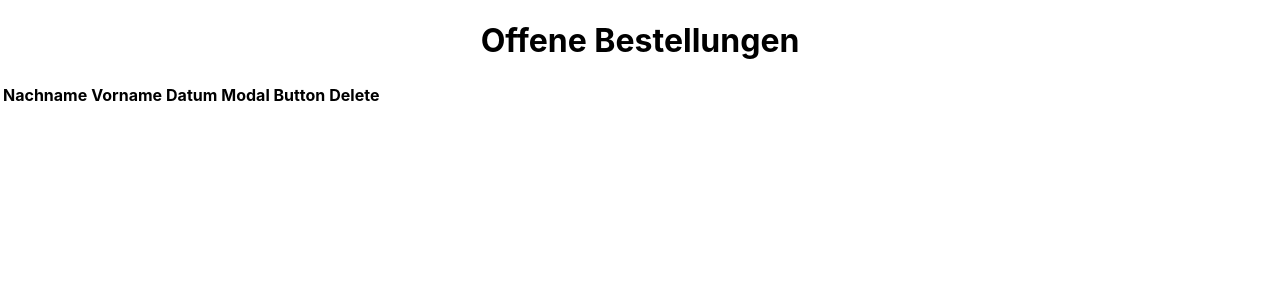
Repository: Esatollah/MedDemo
Page: /bestellungen (app in client/)
An editor plug-in stored every save of this project. The page is shown before and after the next save, followed by the edit.
The browser window is 1280 px wide. The pictures show the whole page.
The page's requests for data from a server got no answer. The project was rebuilt for these pictures with package versions that can differ from the ones it lists, and the page was loaded fresh each time. No one was signed in, and anything a server would have sent is missing. Also part of the build but not shown: client/src/App.css, client/src/components/Form.jsx, client/src/Routes/Search.jsx.

Above is the page before, as saved 2022-06-07 15:40:49.

### client/src/App.js
import './App.css';
import SearchBar from './Routes/Search';
import {BrowserRouter, Routes, Route} from 'react-router-dom'
import Bestellungen from './Routes/Bestellungen';


function App() {
  return (
    <BrowserRouter>
    <Routes>
      <Route path='/' element={<div><SearchBar/></div>}/>
      <Route path='/bestellungen' element={<div><Bestellungen/></div>}/>
    </Routes>
    </BrowserRouter>
  );
}

export default App;

### client/src/Routes/Bestellungen.jsx
import React, { useState, useEffect } from 'react'
import DrugAPI from '../api/DrugAPI';
import Modal from 'react-modal';

const Bestellungen = () => {

  const [orders, setOrders] = useState([]);
  const [modalid, setModalid] = useState(0);
  const [modalbool, setModalbool] = useState(false);
  const [orderlist, setOrderlist] = useState([]);

  const getOrders = async () => {
    try {
      const result = await DrugAPI.get("/orders/");
      setOrders(result.data.orders);
      const arrayUniqueByKey = [...new Map(result.data.orders.map(item =>
        [item["oid"], item])).values()];
      setOrderlist(arrayUniqueByKey);
    } catch (error) {
      console.error(error)
    }
  }


  const handleDelete = async (oid) => {
    try {
      console.log(orderlist)
      console.log(oid)
      setOrderlist(orderlist.filter(order => order.oid !== oid));
      await DrugAPI.delete(`/orders/${oid}`);
    } catch (error) {
      console.error(error)
    }
  }
  useEffect(() => {
    getOrders()
  }, [])

  return (
    <div>
      <h1>Offene Bestellungen</h1>
      <table>
        <thead>
          <tr>
            <th scope='col'>Nachname</th>
            <th scope='col'>Vorname</th>
            <th scope='col'>Datum</th>
            <th scope='col'>Modal Button</th>
            <th scope='col'>Delete</th>

          </tr>
        </thead>
        <tbody>
          {orderlist.map((x) => {
            return (
              <tr key={x.oid} className="drug-row" >
                <td className={x.name}>{x.nachname}</td>
                <td>{x.vorname}</td>
                <td>{x.odate.slice(0, 10)}</td>
                <td>{x.oid}</td>
                <td>{x.oid}</td>
                <td><button onClick={() => handleDelete(x.oid)}>Done</button></td>
              </tr>
            )
          })}
        </tbody>

      </table>
    </div>
  )
}

export default Bestellungen

### client/src/api/DrugAPI.js
import axios from 'axios'

export default axios.create({
    baseURL: "http://localhost:5000/api"
})

### client/src/Routes/Search.css
#okhre {
    width:80%;
    height: 2rem;
    outline:none;
    border-top: hidden;
    border-right: hidden;
    border-left: hidden;
    font-size: 2rem;
}

.table-box {
    max-height: 200px;
    max-width: 80%;
    min-width:80%;
    overflow-y: auto;
}

h1 {
    display:flex;
    justify-content: center;
}

.order-box {
    display: flex;
    justify-content: center;
}

.search-box {
    max-width:50%;
}

.drug-row:hover {
    background-color: beige;
}

Loaded but not shown: client/public/index.html (common file); client/src/index.js (common file); client/src/index.css (common file)

After the next save:
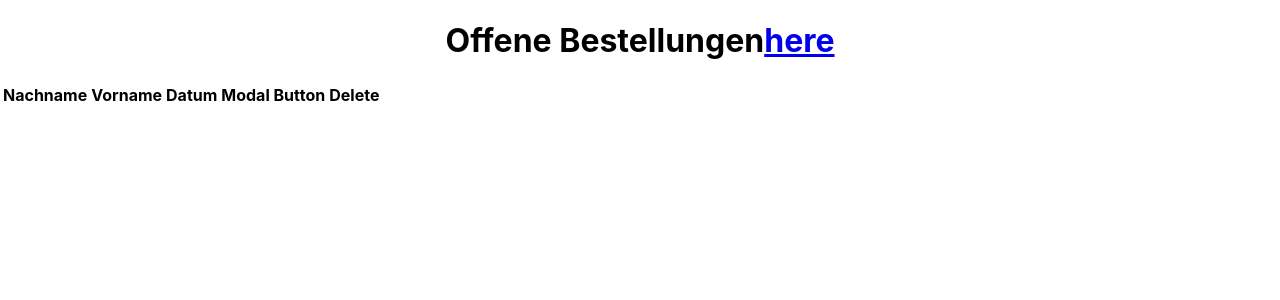
Saved 103 s later.
--- a/client/src/Routes/Bestellungen.jsx
+++ b/client/src/Routes/Bestellungen.jsx
@@ -38,7 +38,7 @@
 
   return (
     <div>
-      <h1>Offene Bestellungen</h1>
+      <h1>Offene Bestellungen <a href='/bestellungen'> here</a></h1>
       <table>
         <thead>
           <tr>

After the save that followed:
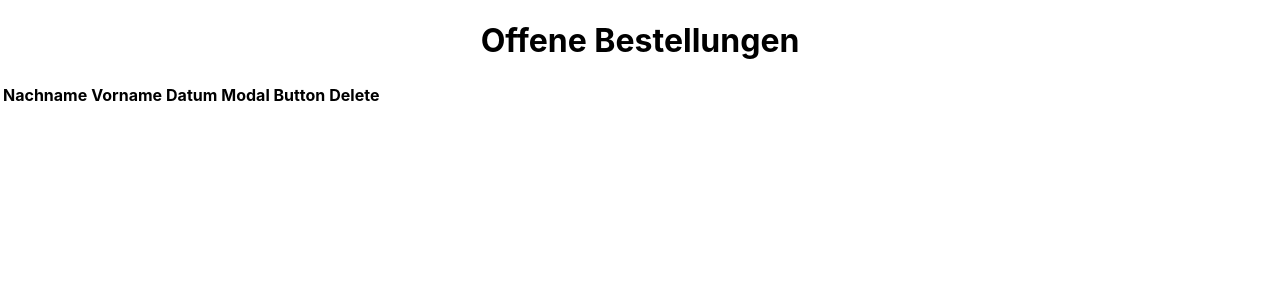
Saved 12 s later.
--- a/client/src/Routes/Bestellungen.jsx
+++ b/client/src/Routes/Bestellungen.jsx
@@ -38,7 +38,7 @@
 
   return (
     <div>
-      <h1>Offene Bestellungen <a href='/bestellungen'> here</a></h1>
+      <h1>Offene Bestellungen </h1>
       <table>
         <thead>
           <tr>
